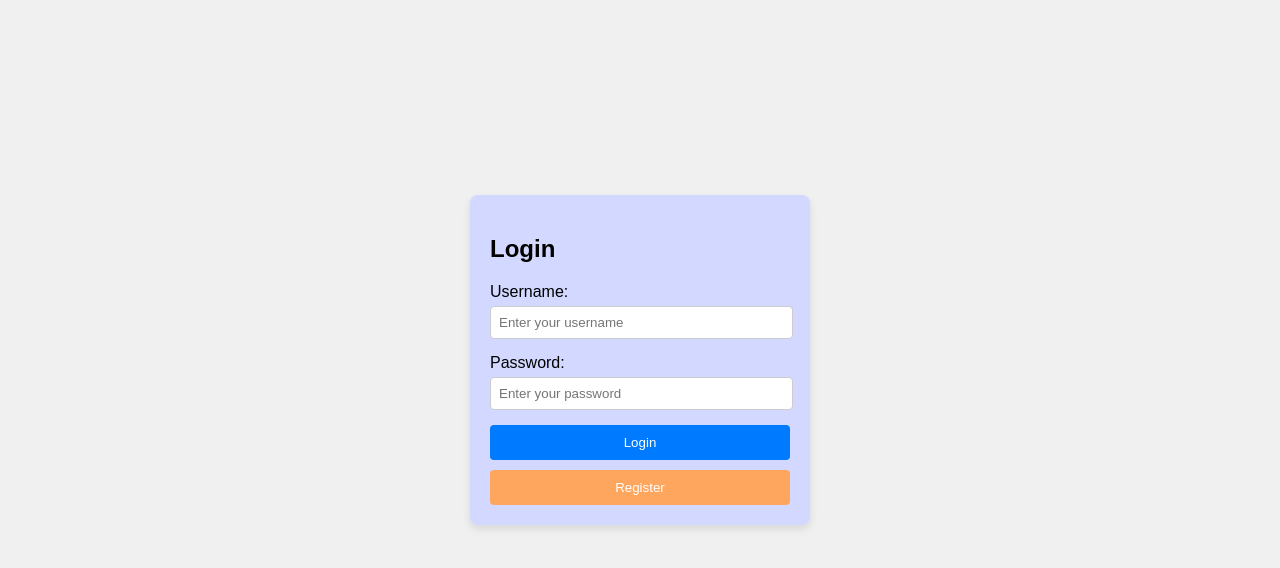
Repository: BAANANAAAA/DatabaseProject
Page: /login
The author's editor kept a copy of each file at every save. The page is drawn from the files as they stood at one save, then again after a run of saves.
The browser window is 1280 px wide. The pictures show the whole page.
The project was rebuilt for these pictures with package versions that can differ from the ones it lists, and the page was loaded fresh each time. Also part of the build but not shown: src/components/MainFrame.css, src/components/MainFrame.jsx, src/components/UserProfile.jsx, src/components/ViewMessage.css, src/components/ViewMessage.jsx, src/components/SearchPage.jsx, src/components/Search.css, src/components/Search.jsx and 2 more.

Above is the page before, as saved 2024-05-15 01:57:28.

After the next 2 saves:
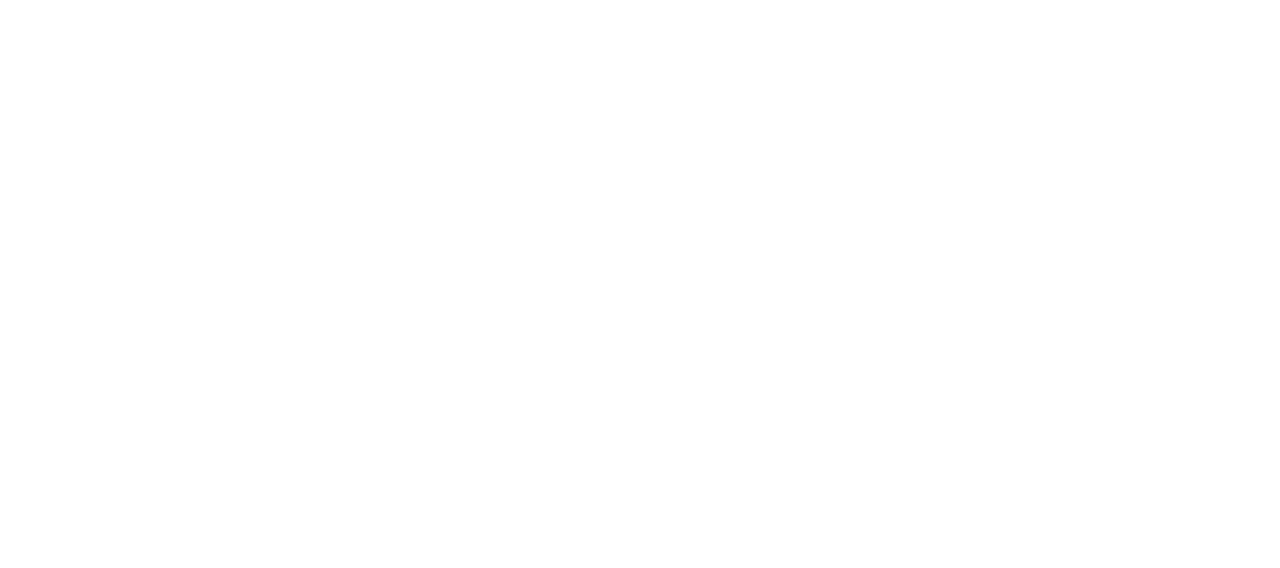
The 2 saves are shown as one change because 1 did not build or start.
The last was saved 26 s later.
--- a/src/App.js
+++ b/src/App.js
@@ -15,70 +15,50 @@
 function App () {
   const [isLoggedIn, setIsLoggedIn] = useState(false)
 
-  const loginHandler = async (username, password) => {
-    console.log(`Attempting to log in with username: ${username} and password: ${password}`)
-    try {
-      const response = await fetch('http://192.168.1.27:3000/users', {
-        method: 'POST',
-        headers: {
-          'Content-Type': 'application/json',
-        },
-        body: JSON.stringify({ username, password }),
-      })
-      const data = await response.json()
-      if (data.success) {
-        console.log('Login successful:', data.message)
-        setIsLoggedIn(true)
-      } else {
-        console.error('Login failed:', data.message)
-        alert(data.message)
-      }
-    } catch (error) {
-      console.error('Network error:', error)
-      alert('Login request failed. Please try again.')
-    }
+  const loginHandler = (username, password) => {
+    console.log(`Logged in with username: ${username} and password: ${password}`)
+    setIsLoggedIn(true)
+
+    return (
+      <Router>
+        <div className="App">
+          {isLoggedIn ? (
+            <>
+              <header className="app-header">
+                <nav>
+                  <Link to="/"> Home</Link> |
+                  <Link to="/user-profile"> User Profile</Link> |
+                  <Link to="/add-friend"> Add Friend</Link> |
+                  <Link to="/apply"> Apply</Link> |
+                  <Link to="/incoming-application"> Incoming Applications</Link>
+                </nav>
+                <Search />
+                <div className="user-info">
+                  <Link to="/user-profile" style={{ display: 'flex', alignItems: 'center', textDecoration: 'none', color: 'inherit' }}>
+                    <img src={avatar} alt="user avatar" className="user-avatar" />
+                    <span className="username">JaneDoe</span>
+                  </Link>
+                </div>
+              </header>
+              <Routes>
+                <Route path="/" element={<MainFrame />} />
+                <Route path="/user-profile" element={<UserProfile />} />
+                <Route path="/add-friend" element={<AddFriend />} />
+                <Route path="/apply" element={<Apply />} />
+                <Route path="/incoming-application" element={<ViewMessage />} />
+                <Route path="/search" element={<SearchPage />} />
+                <Route path="*" element={<Navigate to="/" />} />
+              </Routes>
+            </>
+          ) : (
+            <Routes>
+              <Route path="/login" element={<Login onLogin={loginHandler} />} />
+              <Route path="*" element={<Navigate to="/login" />} />
+            </Routes>
+          )}
+        </div>
+      </Router>
+    )
   }
-
-  return (
-    <Router>
-      <div className="App">
-        {isLoggedIn ? (
-          <>
-            <header className="app-header">
-              <nav>
-                <Link to="/"> Home</Link> |
-                <Link to="/user-profile"> User Profile</Link> |
-                <Link to="/add-friend"> Add Friend</Link> |
-                <Link to="/apply"> Apply</Link> |
-                <Link to="/incoming-application"> Incoming Applications</Link>
-              </nav>
-              <Search />
-              <div className="user-info">
-                <Link to="/user-profile" style={{ display: 'flex', alignItems: 'center', textDecoration: 'none', color: 'inherit' }}>
-                  <img src={avatar} alt="user avatar" className="user-avatar" />
-                  <span className="username">JaneDoe</span>
-                </Link>
-              </div>
-            </header>
-            <Routes>
-              <Route path="/" element={<MainFrame />} />
-              <Route path="/user-profile" element={<UserProfile />} />
-              <Route path="/add-friend" element={<AddFriend />} />
-              <Route path="/apply" element={<Apply />} />
-              <Route path="/incoming-application" element={<ViewMessage />} />
-              <Route path="/search" element={<SearchPage />} />
-              <Route path="*" element={<Navigate to="/" />} />
-            </Routes>
-          </>
-        ) : (
-          <Routes>
-            <Route path="/login" element={<Login onLogin={loginHandler} />} />
-            <Route path="*" element={<Navigate to="/login" />} />
-          </Routes>
-        )}
-      </div>
-    </Router>
-  )
 }
-
 export default App

After the save that followed:
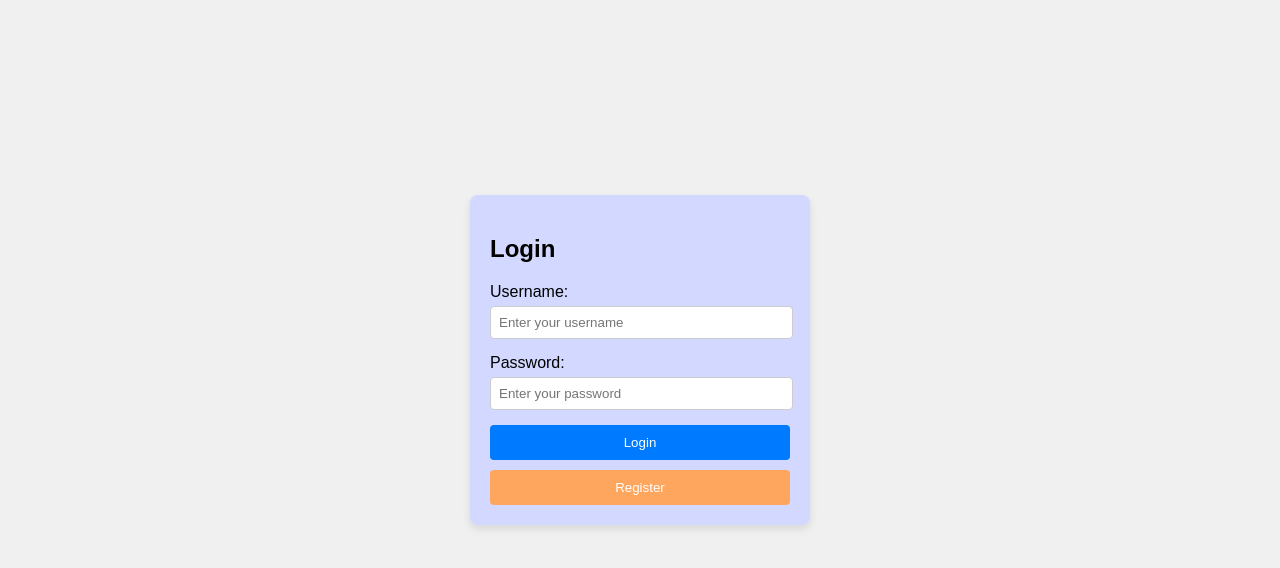
Saved 9 s later.
--- a/src/App.js
+++ b/src/App.js
@@ -18,47 +18,48 @@
   const loginHandler = (username, password) => {
     console.log(`Logged in with username: ${username} and password: ${password}`)
     setIsLoggedIn(true)
+  }
 
-    return (
-      <Router>
-        <div className="App">
-          {isLoggedIn ? (
-            <>
-              <header className="app-header">
-                <nav>
-                  <Link to="/"> Home</Link> |
-                  <Link to="/user-profile"> User Profile</Link> |
-                  <Link to="/add-friend"> Add Friend</Link> |
-                  <Link to="/apply"> Apply</Link> |
-                  <Link to="/incoming-application"> Incoming Applications</Link>
-                </nav>
-                <Search />
-                <div className="user-info">
-                  <Link to="/user-profile" style={{ display: 'flex', alignItems: 'center', textDecoration: 'none', color: 'inherit' }}>
-                    <img src={avatar} alt="user avatar" className="user-avatar" />
-                    <span className="username">JaneDoe</span>
-                  </Link>
-                </div>
-              </header>
-              <Routes>
-                <Route path="/" element={<MainFrame />} />
-                <Route path="/user-profile" element={<UserProfile />} />
-                <Route path="/add-friend" element={<AddFriend />} />
-                <Route path="/apply" element={<Apply />} />
-                <Route path="/incoming-application" element={<ViewMessage />} />
-                <Route path="/search" element={<SearchPage />} />
-                <Route path="*" element={<Navigate to="/" />} />
-              </Routes>
-            </>
-          ) : (
+  return (
+    <Router>
+      <div className="App">
+        {isLoggedIn ? (
+          <>
+            <header className="app-header">
+              <nav>
+                <Link to="/"> Home</Link> |
+                <Link to="/user-profile"> User Profile</Link> |
+                <Link to="/add-friend"> Add </Link> |
+                <Link to="/apply"> Apply</Link> |
+                <Link to="/incoming-application"> Incoming Application</Link>
+              </nav>
+              <Search />
+              <div className="user-info">
+                <Link to="/user-profile" style={{ display: 'flex', alignItems: 'center', textDecoration: 'none', color: 'inherit' }}>
+                  <img src={avatar} alt="user avatar" className="user-avatar" />
+                  <span className="username">JaneDoe</span>
+                </Link>
+              </div>
+            </header>
             <Routes>
-              <Route path="/login" element={<Login onLogin={loginHandler} />} />
-              <Route path="*" element={<Navigate to="/login" />} />
+              <Route path="/" element={<MainFrame />} />
+              <Route path="/user-profile" element={<UserProfile />} />
+              <Route path="/add-friend" element={<AddFriend />} />
+              <Route path="/apply" element={<Apply />} />
+              <Route path="/incoming-application" element={<ViewMessage />} />
+              <Route path="/search" element={<SearchPage />} />
+              <Route path="*" element={<Navigate to="/" />} />
             </Routes>
-          )}
-        </div>
-      </Router>
-    )
-  }
+          </>
+        ) : (
+          <Routes>
+            <Route path="/login" element={<Login onLogin={loginHandler} />} />
+            <Route path="*" element={<Navigate to="/login" />} />
+          </Routes>
+        )}
+      </div>
+    </Router>
+  )
 }
+
 export default App
